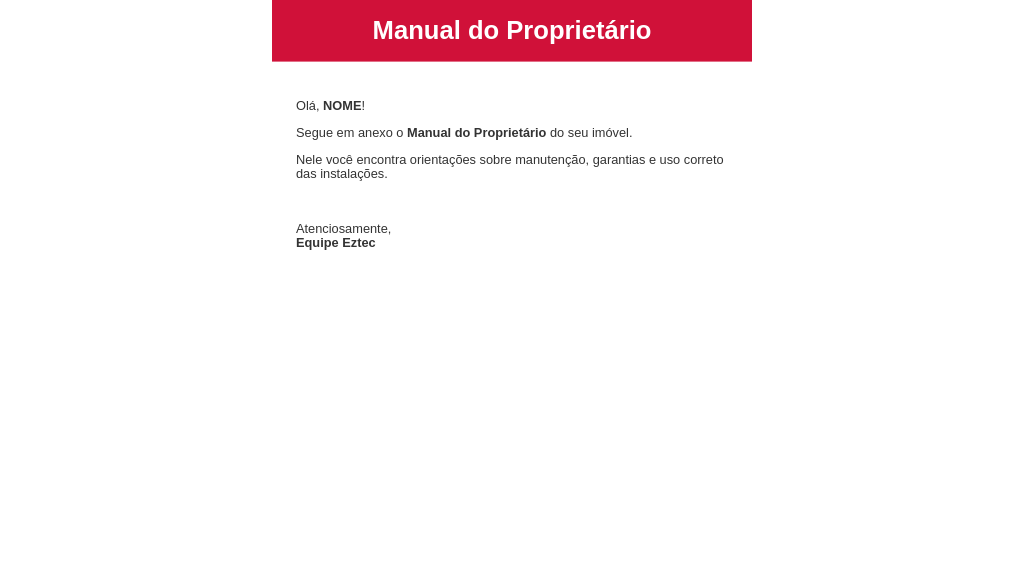
Repository: Miked0/Bot-API-First
Page: templates/manual_proprietario.html
The author's editor kept a copy of each file at every save. The page is drawn from the files as they stood at one save, then again after the next save.
The browser window is 1280 px wide. The pictures show the whole page, at 80% of full size.

Above is the page before, as saved 2026-03-16 21:03:05.

### templates/manual_proprietario.html
<!DOCTYPE html>
<html lang="pt-BR">
<body style="font-family: Arial, sans-serif; color: #333; max-width: 600px; margin: auto;">
  <div style="background-color: #D01139; padding: 20px; text-align: center;">
    <h1 style="color: white; margin: 0;">Manual do Proprietário</h1>
  </div>
  <div style="padding: 30px;">
    <p>Olá, <strong>NOME</strong>!</p>
    <p>Segue em anexo o <strong>Manual do Proprietário</strong> do seu imóvel.</p>
    <p>Nele você encontra orientações sobre manutenção, garantias e uso correto das instalações.</p>
    <br>
    <p>Atenciosamente,<br><strong>Equipe Eztec</strong></p>
  </div>
</body>
</html>

After the next save:
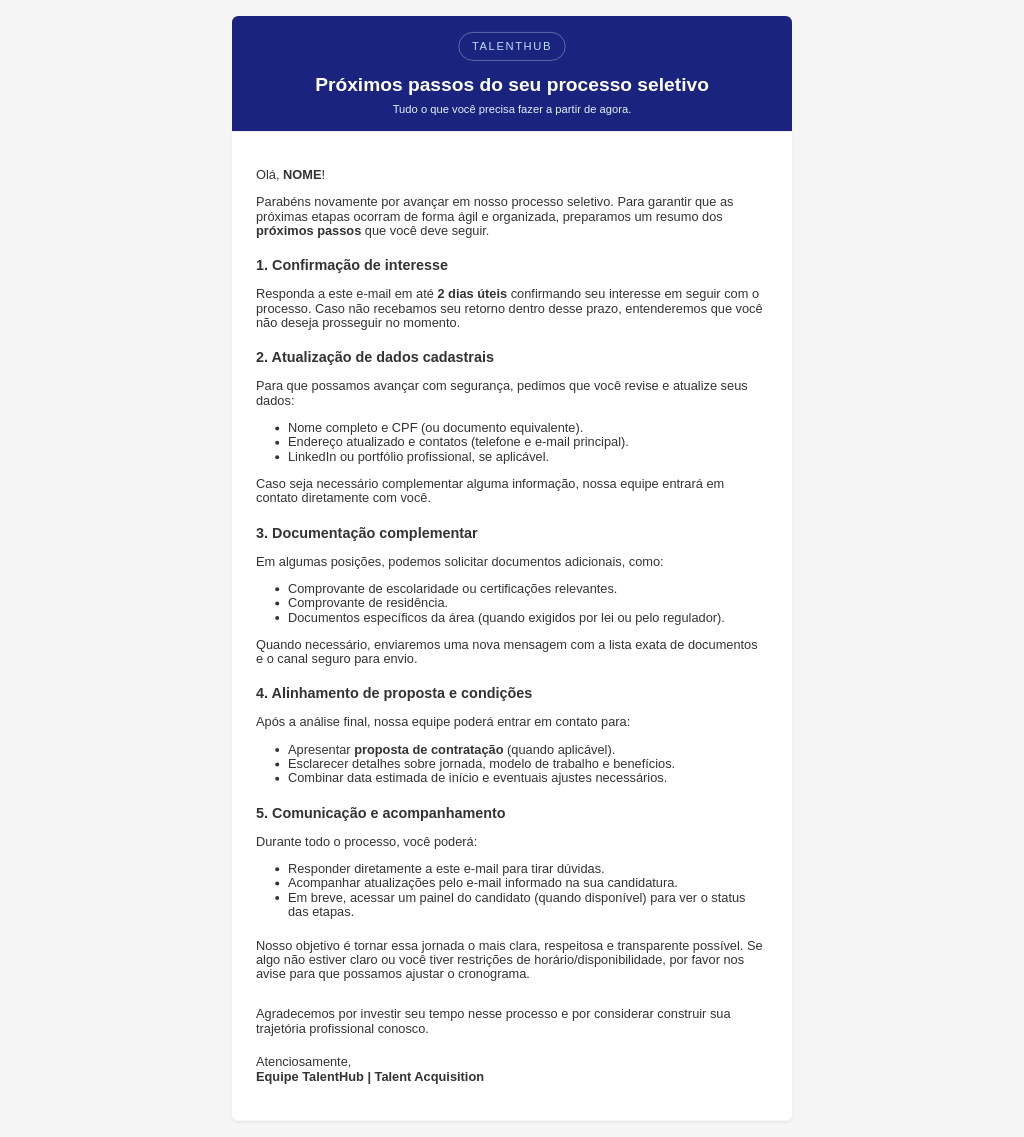
Saved 8 s later.
--- a/templates/manual_proprietario.html
+++ b/templates/manual_proprietario.html
@@ -1,15 +1,104 @@
 <!DOCTYPE html>
 <html lang="pt-BR">
-<body style="font-family: Arial, sans-serif; color: #333; max-width: 600px; margin: auto;">
-  <div style="background-color: #D01139; padding: 20px; text-align: center;">
-    <h1 style="color: white; margin: 0;">Manual do Proprietário</h1>
+<body style="font-family: Arial, sans-serif; color: #333; max-width: 700px; margin: auto; background-color: #f5f5f5; padding: 20px;">
+
+  <!-- Cabeçalho / "Logo" da empresa -->
+  <div style="background-color: #1a237e; padding: 20px; text-align: center; border-radius: 8px 8px 0 0;">
+    <div style="display: inline-block; padding: 8px 16px; border-radius: 999px; border: 1px solid rgba(255,255,255,0.4);">
+      <span style="font-size: 14px; color: #bbdefb; letter-spacing: 2px; text-transform: uppercase;">
+        TalentHub
+      </span>
+    </div>
+    <h1 style="color: #ffffff; margin: 16px 0 8px; font-size: 24px;">
+      Próximos passos do seu processo seletivo
+    </h1>
+    <p style="color: #e3f2fd; margin: 0; font-size: 14px;">
+      Tudo o que você precisa fazer a partir de agora.
+    </p>
   </div>
-  <div style="padding: 30px;">
+
+  <!-- Corpo do e-mail -->
+  <div style="background-color: #ffffff; padding: 30px; border-radius: 0 0 8px 8px; box-shadow: 0 2px 4px rgba(0,0,0,0.06);">
+
     <p>Olá, <strong>NOME</strong>!</p>
-    <p>Segue em anexo o <strong>Manual do Proprietário</strong> do seu imóvel.</p>
-    <p>Nele você encontra orientações sobre manutenção, garantias e uso correto das instalações.</p>
-    <br>
-    <p>Atenciosamente,<br><strong>Equipe Eztec</strong></p>
+
+    <p>
+      Parabéns novamente por avançar em nosso processo seletivo. Para garantir que as
+      próximas etapas ocorram de forma ágil e organizada, preparamos um resumo dos
+      <strong>próximos passos</strong> que você deve seguir.
+    </p>
+
+    <h2 style="font-size: 18px; margin-top: 24px;">1. Confirmação de interesse</h2>
+    <p>
+      Responda a este e-mail em até <strong>2 dias úteis</strong> confirmando seu interesse
+      em seguir com o processo. Caso não recebamos seu retorno dentro desse prazo,
+      entenderemos que você não deseja prosseguir no momento.
+    </p>
+
+    <h2 style="font-size: 18px; margin-top: 24px;">2. Atualização de dados cadastrais</h2>
+    <p>
+      Para que possamos avançar com segurança, pedimos que você revise e atualize seus dados:
+    </p>
+    <ul>
+      <li>Nome completo e CPF (ou documento equivalente).</li>
+      <li>Endereço atualizado e contatos (telefone e e-mail principal).</li>
+      <li>LinkedIn ou portfólio profissional, se aplicável.</li>
+    </ul>
+    <p>
+      Caso seja necessário complementar alguma informação, nossa equipe entrará em contato
+      diretamente com você.
+    </p>
+
+    <h2 style="font-size: 18px; margin-top: 24px;">3. Documentação complementar</h2>
+    <p>
+      Em algumas posições, podemos solicitar documentos adicionais, como:
+    </p>
+    <ul>
+      <li>Comprovante de escolaridade ou certificações relevantes.</li>
+      <li>Comprovante de residência.</li>
+      <li>Documentos específicos da área (quando exigidos por lei ou pelo regulador).</li>
+    </ul>
+    <p>
+      Quando necessário, enviaremos uma nova mensagem com a lista exata de documentos
+      e o canal seguro para envio.
+    </p>
+
+    <h2 style="font-size: 18px; margin-top: 24px;">4. Alinhamento de proposta e condições</h2>
+    <p>
+      Após a análise final, nossa equipe poderá entrar em contato para:
+    </p>
+    <ul>
+      <li>Apresentar <strong>proposta de contratação</strong> (quando aplicável).</li>
+      <li>Esclarecer detalhes sobre jornada, modelo de trabalho e benefícios.</li>
+      <li>Combinar data estimada de início e eventuais ajustes necessários.</li>
+    </ul>
+
+    <h2 style="font-size: 18px; margin-top: 24px;">5. Comunicação e acompanhamento</h2>
+    <p>
+      Durante todo o processo, você poderá:
+    </p>
+    <ul>
+      <li>Responder diretamente a este e-mail para tirar dúvidas.</li>
+      <li>Acompanhar atualizações pelo e-mail informado na sua candidatura.</li>
+      <li>Em breve, acessar um painel do candidato (quando disponível) para ver o status das etapas.</li>
+    </ul>
+
+    <p style="margin-top: 24px;">
+      Nosso objetivo é tornar essa jornada o mais clara, respeitosa e transparente possível.
+      Se algo não estiver claro ou você tiver restrições de horário/disponibilidade,
+      por favor nos avise para que possamos ajustar o cronograma.
+    </p>
+
+    <p style="margin-top: 32px;">
+      Agradecemos por investir seu tempo nesse processo e por considerar construir sua
+      trajetória profissional conosco.
+    </p>
+
+    <p style="margin-top: 24px;">
+      Atenciosamente,<br>
+      <strong>Equipe TalentHub | Talent Acquisition</strong>
+    </p>
   </div>
+
 </body>
 </html>
